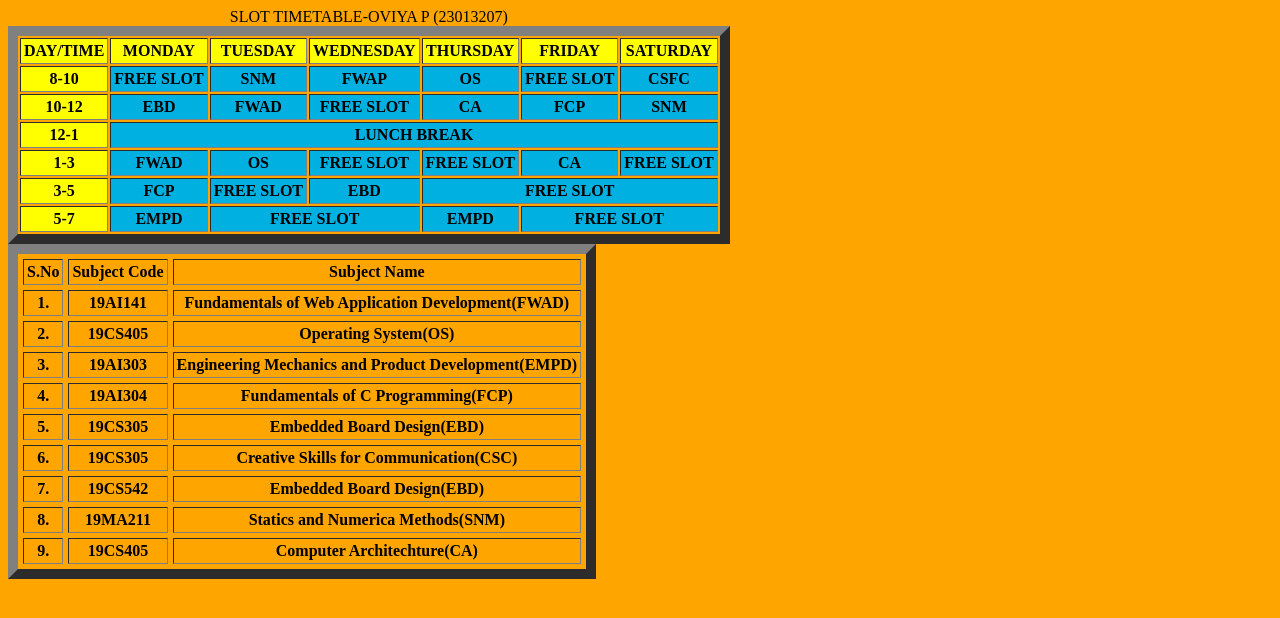
Repository: Oviya24032K6/slot
Page: oviya/static/time.html
The author's editor kept a copy of each file at every save. The page is drawn from the files as they stood at one save, then again after the next save.
The browser window is 1280 px wide. The pictures show the whole page.

Above is the page before, as saved 2024-03-13 21:03:08.

After the next save:
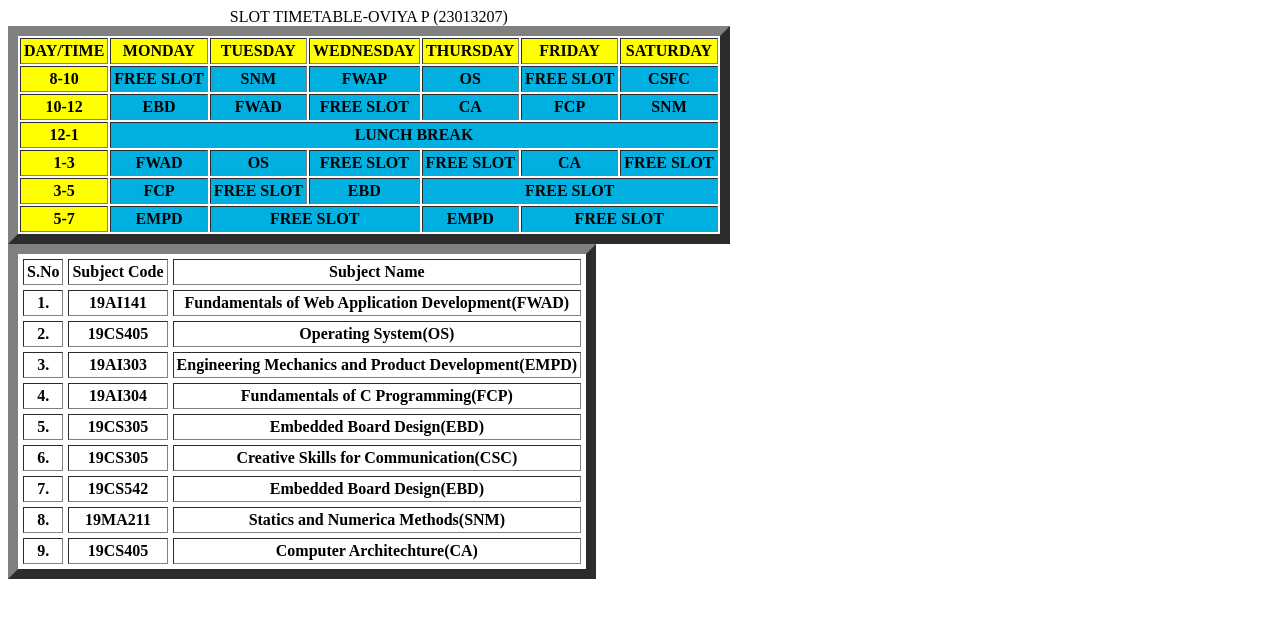
Saved 11 s later.
--- a/oviya/static/time.html
+++ b/oviya/static/time.html
@@ -2,7 +2,7 @@
     <head>
         <title>SLOT TIMETABLE-OVIYA P (23013207)</title>
     </head>
-    <body bgcolor="orange" align="center" >
+    <body bgcolor="white" align="center" >
     <table align="left" border="10" cellspacing="2" cellpadding="3">
     <caption>SLOT TIMETABLE-OVIYA P (23013207)</caption>
         <tr>
